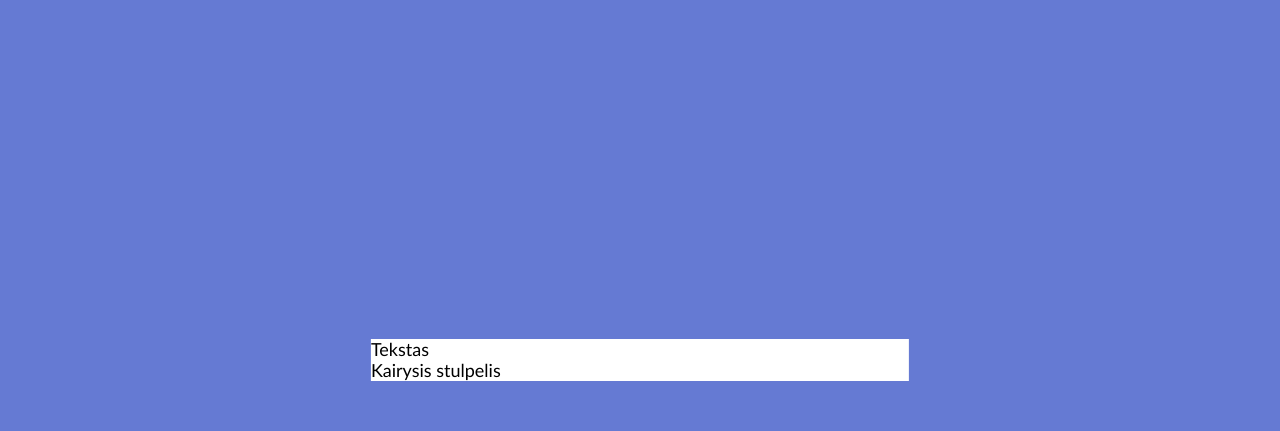
Repository: motiejus1/11-paskaita-adobexd-registracija
Page: index.html
These files come from the project's save history. The page is drawn as it stood at one moment and after the next save; the edit follows.
The browser window is 1280 px wide. The pictures show the whole page.

Above is the page before, as saved 2021-06-17 18:38:13.

### index.html
<!DOCTYPE html>
<html lang="en">
<head>
    <meta charset="UTF-8">
    <meta http-equiv="X-UA-Compatible" content="IE=edge">
    <meta name="viewport" content="width=device-width, initial-scale=1.0">
    <title>Registracija</title>
    <style>
        html {
            font-size: 18px;
        }

        body {
            max-width: 1920px;
            background-color: #657AD3;
            font: normal normal normal 1rem/1.1667rem Gill Sans MT;
        }

        .container {
            width: 42.05%;
            background-color: #FFFFFF;
            position: absolute;
            top: 50%;
            left: 50%;
            transform: translate(-50%, -50%)
        }
    </style>

</head>
<body>

    <div class="container">
        Tekstas
        <div class="left-column">Kairysis stulpelis</div>
        <div class="right-column"></div>
    </div>

</body>
</html>

After the next save:
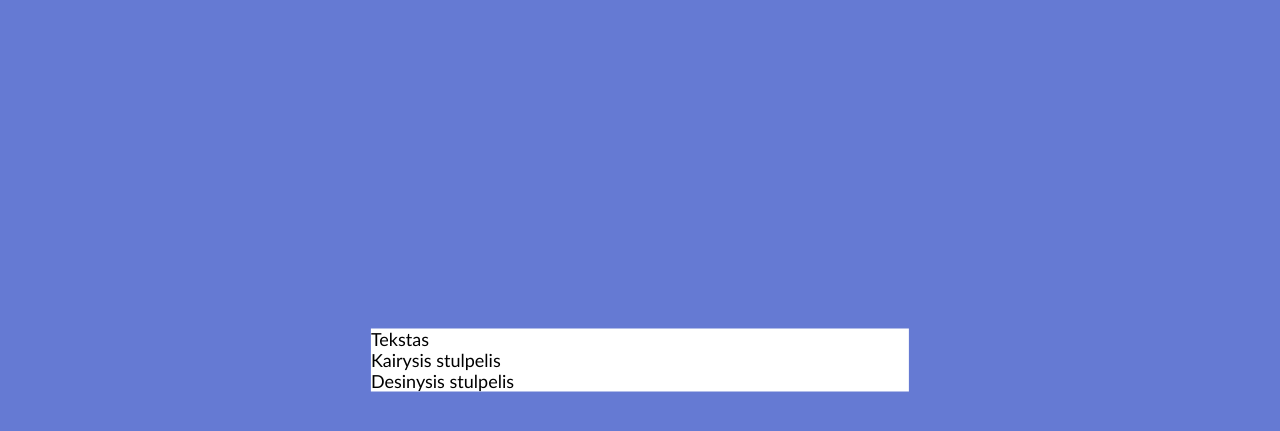
Saved 5 s later.
--- a/index.html
+++ b/index.html
@@ -32,7 +32,7 @@
     <div class="container">
         Tekstas
         <div class="left-column">Kairysis stulpelis</div>
-        <div class="right-column"></div>
+        <div class="right-column">Desinysis stulpelis</div>
     </div>
 
 </body>
